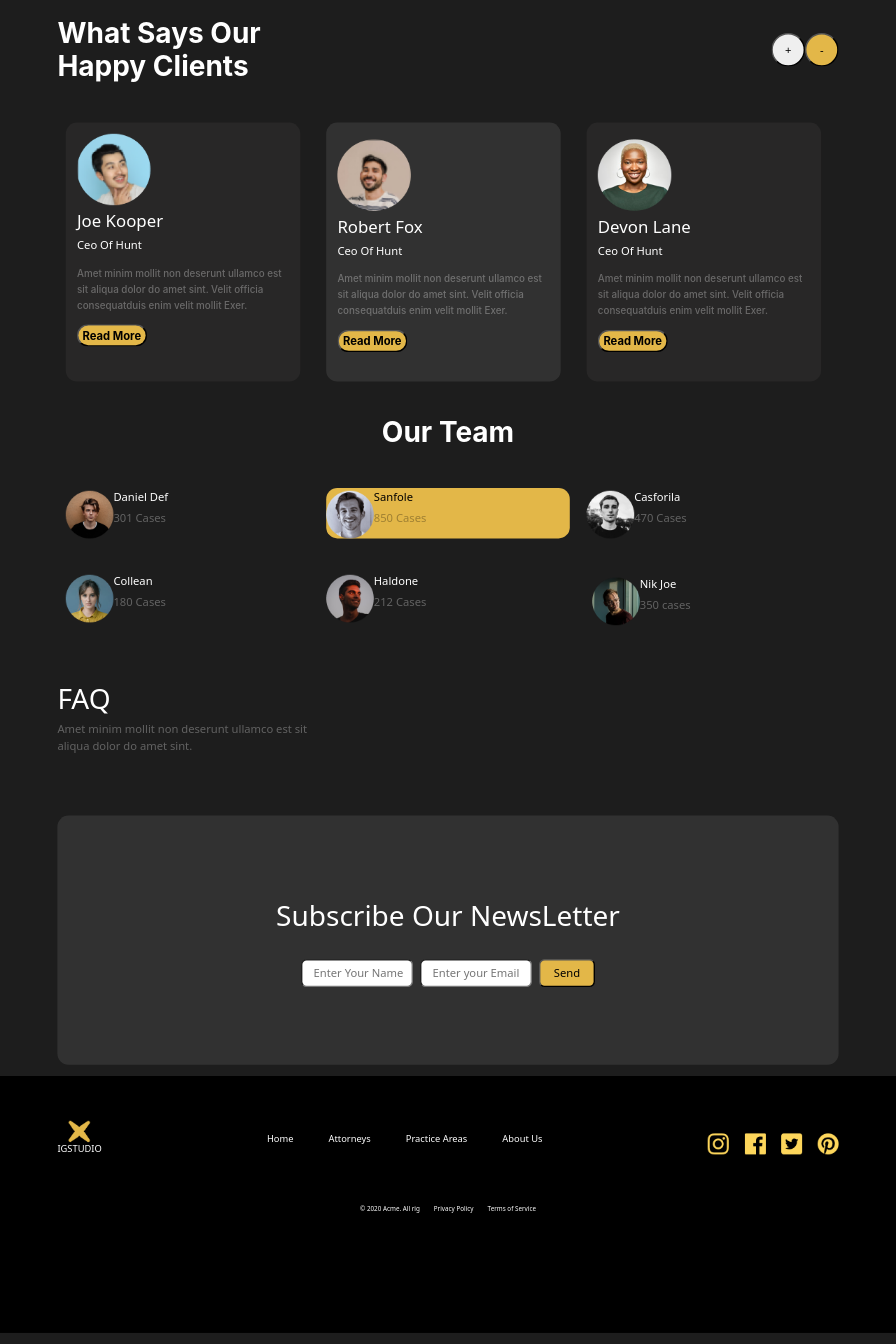
Repository: Senthil-Bala/LawFirm
Page: /
An editor plug-in stored every save of this project. The page is shown before and after the next save, followed by the edit.
The browser window is 1280 px wide. The pictures show the part of the page from y = 2133 to 4053 px (the page is 4053 px tall), at 70% of full size.
The project was rebuilt for these pictures with package versions that can differ from the ones it lists, and the page was loaded fresh each time. Also part of the build but not shown: src/App.css, src/Components/Frequents/Accordionss.css, src/Components/Frequents/Accordionss.jsx.

Above is the page before, as saved 2023-11-29 19:16:28.

After the next save:
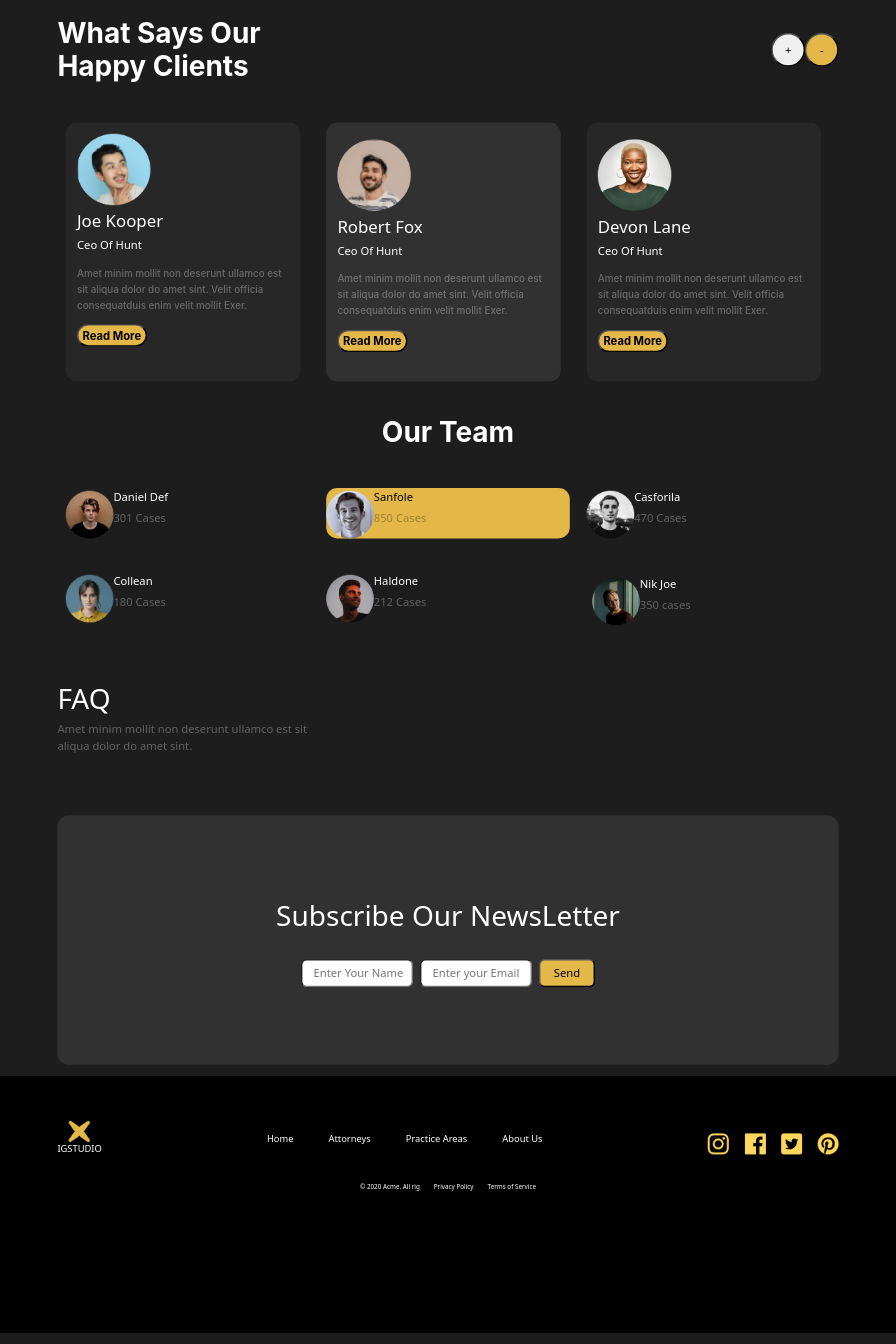
Saved 5 s later.
--- a/src/Components/Footers/Footer.css
+++ b/src/Components/Footers/Footer.css
@@ -27,7 +27,7 @@ background-color: black;
     justify-content: center;
     align-items: center;
     gap:20px;
-    margin-top: 2rem;
+    /* margin-top: 2rem; */
     font-size: xx-small;
 
 }
